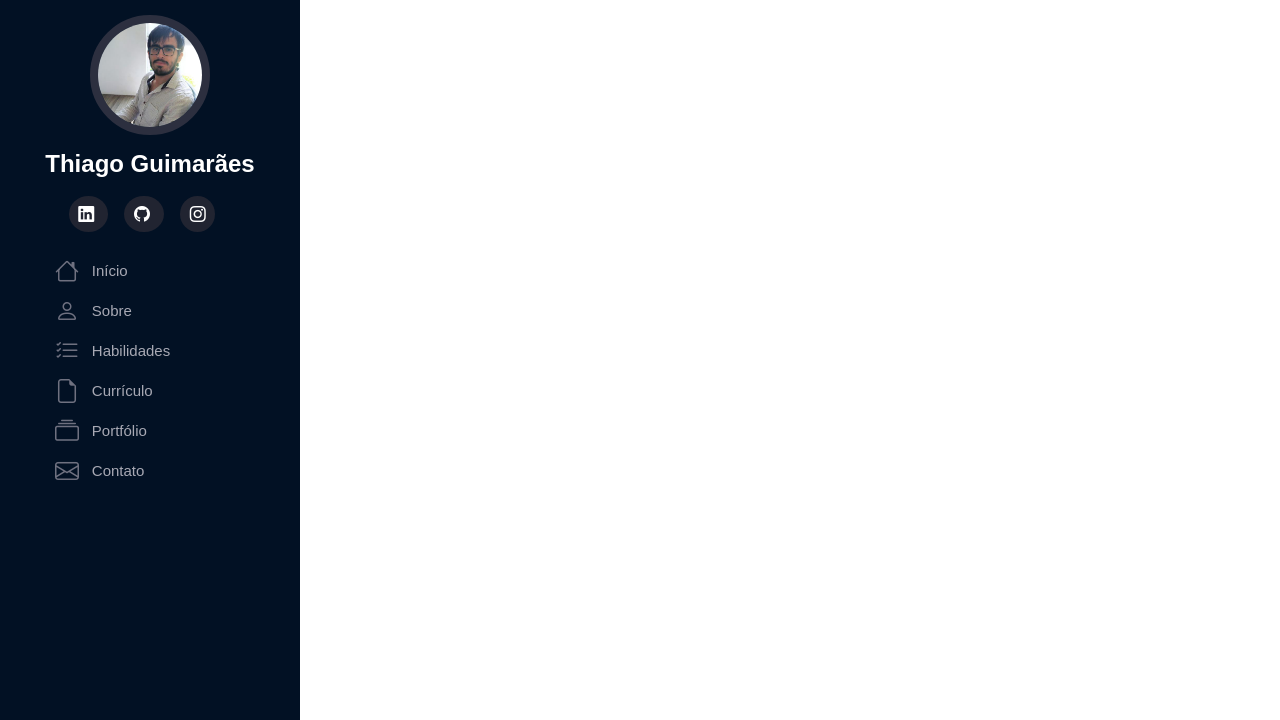
Repository: Rayago/projeto-portfolio
Page: http://localhost/
These files come from the project's save history. The page is drawn as it stood at one moment and after the next save; the edit follows.
The browser window is 1280 px wide. The pictures show the whole page.
Some web fonts or font styles are not loaded; a fallback is used. The page is served by the project's application, run on Flask 3 (app.py).

Above is the page before, as saved 2022-07-11 23:24:21.

After the next save:
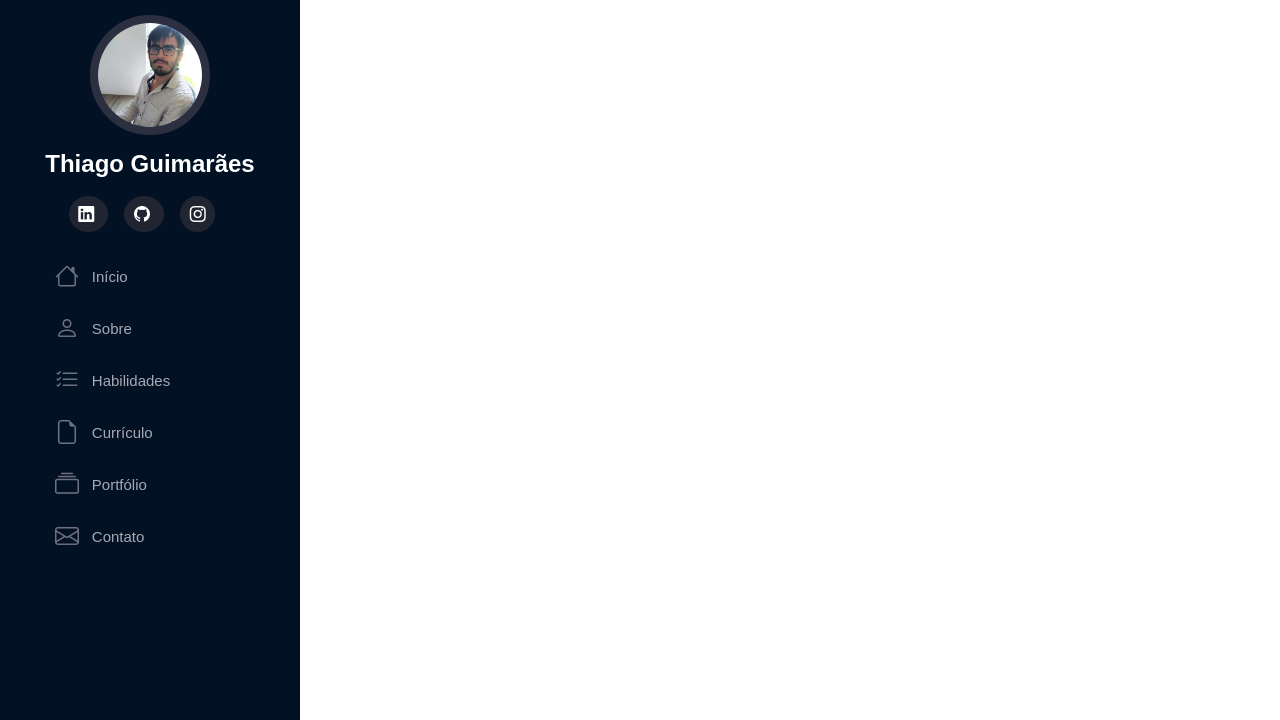
Saved 5 s later.
--- a/static/style.css
+++ b/static/style.css
@@ -66,10 +66,6 @@ html, body {
 
 .nav-menu a i,
 .nav-menu a:focus i {
-    display: flex;
-    align-items: center;
-    color: #a8a9b4;
-    transition: 0.3s;
     font-size: 24px;
     padding-right: 0.8rem;
     color: #6f7180;
